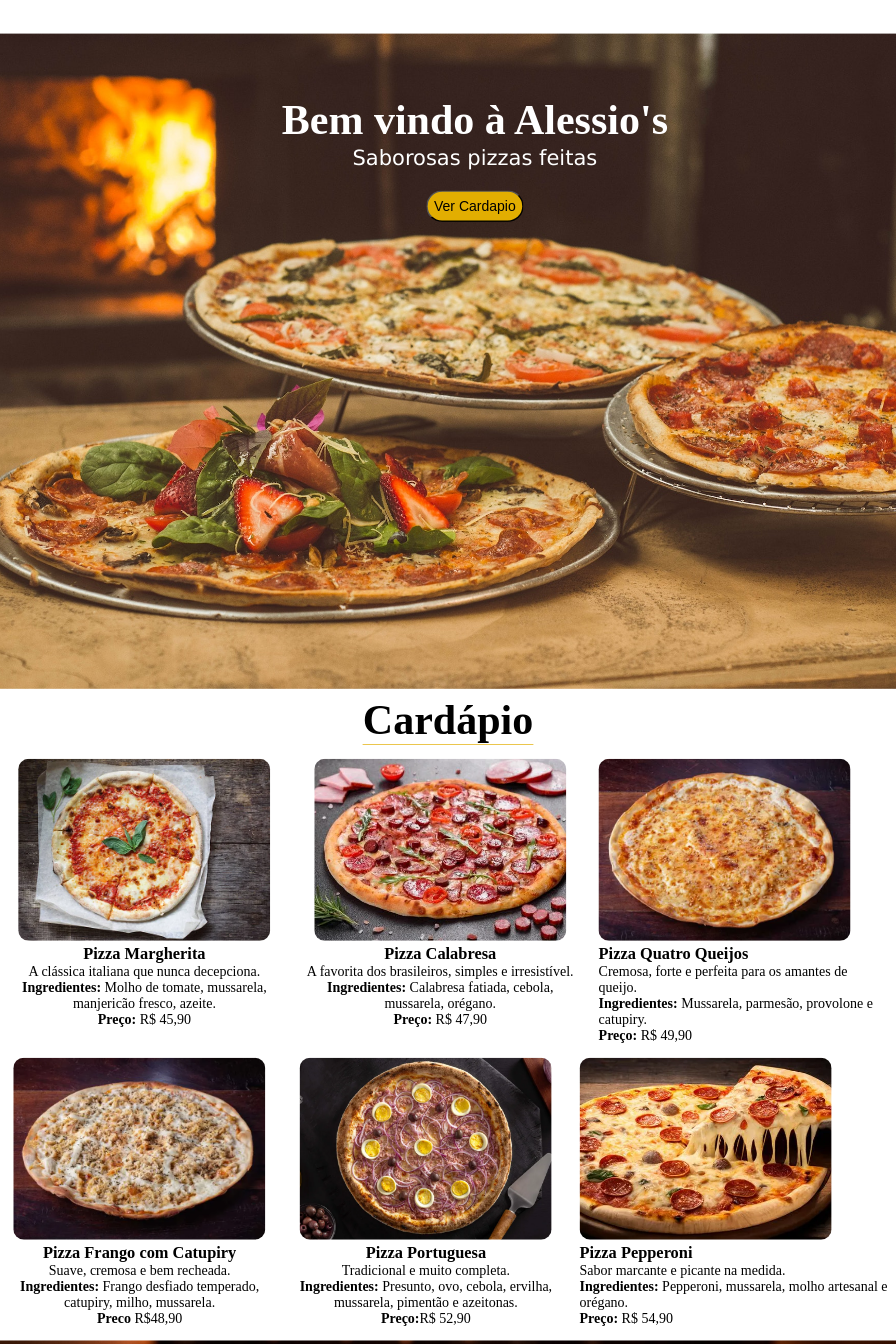
Repository: Mateushlp/landing-page-pizza
Page: index.html
An editor plug-in stored every save of this project. The page is shown before and after the next save, followed by the edit.
The browser window is 1280 px wide. The pictures show the part of the page from y = 0 to 1920 px (the page is 2760 px tall), at 70% of full size.

Above is the page before, as saved 2026-05-03 10:35:04.

### index.html
<!DOCTYPE html>
<html lang="en">
<head>
    <meta charset="UTF-8">
    <meta name="viewport" content="width=device-width, initial-scale=1.0">
    <link rel="stylesheet" href="style.css">
    <title>Document</title>
</head>
<body>
    <header>
        <nav>
            <ul>
                <li> <a href="http://"> Home</li></a>
                <li> <a href="http://">Cardapio</li></a>
                <li> <a href="http://">Sobre Nos</li></a>
                <li> <a href="http://">Contato</li></a>
            </ul>
        </nav>
    </header>

    <section class="inicio">
        <div class="texto">
        <h1>Bem vindo à Alessio's</h1>
        <p>Saborosas pizzas feitas </p>
        <button class="btn1">Ver Cardapio</button>
        </div>
    </section>

    <section class="cardapio">
        <h2 class="cardapio1">Cardápio</h2>
    </section>

    <div class="prato">
        <div class="pratos1">
            <img src="./img/margherita-pizza.jpg" alt="">
            <h3>Pizza Margherita</h3>
            <p> A clássica italiana que nunca decepciona. <br>
          <strong>Ingredientes:</strong>  Molho de tomate, mussarela, manjericão fresco, azeite. <br>
        <strong>Preço:</strong> R$ 45,90
    </p>
        </div>
            <div class="pratos2">
                <img src="./img/3140217-pizza-calabresa.jpg" alt="">
                <h3>Pizza Calabresa</h3>
                <p>A favorita dos brasileiros, simples e irresistível. <br>
                <strong>Ingredientes:</strong> Calabresa fatiada, cebola, mussarela, orégano. <br>
                    <strong>Preço:</strong> R$ 47,90
            </p>
            </div>
                <div class="pratos3">
                    <img src="./img/Quatro-Queijos.jpg" alt="">
                    <h3>Pizza Quatro Queijos</h3>
                    <p>Cremosa, forte e perfeita para os amantes de queijo. <br>
                    <strong>Ingredientes:</strong>  Mussarela, parmesão, provolone e catupiry. <br>
                        <strong>Preço: </strong>R$ 49,90
                </p>
                </div>
                </div>

                <div class="prato2">
                <div class="pratos1">
                    <img src="./img/Frango-com-Catupiry-2.jpg" alt="">
                    <h3>Pizza Frango com Catupiry</h3>
                    <p>Suave, cremosa e bem recheada. <br>
                   <strong>Ingredientes:</strong> Frango desfiado temperado, catupiry, milho, mussarela. <br>
                   <strong>Preco </strong> R$48,90
                </p>
                </div>
                <div class="pratos2">
                    <img src="./img/pizza-portuguesa.jpg" alt="">
                    <h3>Pizza Portuguesa</h3>
                    <p>Tradicional e muito completa. <br>
                   <strong>Ingredientes:</strong>  Presunto, ovo, cebola, ervilha, mussarela, pimentão e azeitonas. <br>
                    <strong>Preço:</strong>R$ 52,90
                </p>
                </div>
                <div class="pratos3">
                    <img src="./img/the-pepperoni-pizza-and-a-piece-of-streched-cheese-pizza-with-ai-generated-free-photo.jpg" alt="">
                    <h3>Pizza Pepperoni</h3>
                    <p>Sabor marcante e picante na medida. <br>
                  <strong>Ingredientes:</strong>   Pepperoni, mussarela, molho artesanal e orégano. <br>
                <strong>Preço:</strong> R$ 54,90</p>

                </div>
                </div>
                </div>




    <section class="sobre">
        <div class="sobre1">
        <h2>Sobre nos</h2>
        <p>Nossa pizzaria e dedicada a criar as melhores pizzas do mundo com ingrendientes frescos e receitas exclusivas</p>
    </div>
    </section>

<section id="contato" class="contato">
    <h2>Contato</h2>

    <div class="contato-info">
        <div class="box">
            <h3>Telefone</h3>
            <p>(35) 99744-0140</p>
        </div>

        <div class="box">
            <h3>Endereço</h3>
            <p>Rua Tal Tal, Nº 123 , Centro , Lavras/MG</p>
        </div>

        <div class="box">
            <h3>Email</h3>
            <p>mateus@gmail.com</p>
        </div>
            <div class="box">
                <h3>Hórario de Funcionamento</h3>
                <p>Segunda a Sábado 11h00 às 23h00 - Domingo: 16h00 às 23H00</p>
            </div>
    </div>
</section>
        <div class="pedir">
        <button class="btn2">Peca Agora Mesmo!</button>
        </div>


    <footer>
        <h2>&copy; 2025 Alessio's Pizzaria</h2>
    </footer>

</body>
</html>

### style.css
*{
    margin:0;
    padding: 0;
    box-sizing: border-box;
}

nav ul {
    display: flex;
    gap: 25px;
    list-style: none;
    justify-content: center;
    font-size: 25px;
    padding: 10px;
    background: linear-gradient(rgba(58, 56, 56, 0.774));
}

nav ul a{
    text-decoration: none;
    color: #fff;
    margin-top: 10px;
}

nav ul a:hover{
    border-radius: 20px;
    background-color: black;
    color: #af8600;
}

.inicio{
    background-image: url(./img/background-meio.jpg);
    background: linear-gradient 40px (rgba(58, 56, 56, 0.774));
    background-size: cover;
    background-position: center;
    height: 130vh;
}

.texto{
    display: flex;
    flex-direction: column;
    align-items: center;
    color: #fff;
    padding-top: 7%;
    padding-left: 6%;
    font-size: 40px;
}
.texto p{
    font-family: 'Lucida Sans', 'Lucida Sans Regular', 'Lucida Grande', 'Lucida Sans Unicode', Geneva, Verdana, sans-serif;
    font-size: 30px;

}
.btn1{
 background-color: #e2ae01;
 border-radius: 30px;
 font-size: 20px;
 margin-top: 30px;
 padding: 9px;
 cursor:pointer;
}
.cardapio{
    text-align: center;
    padding: 10px;
    font-size: 40px;
}
.cardapio1{
    display: inline-block;
    border-bottom: 1px solid #e2ae01;
}
.prato{
    margin: 10px;
    display: flex;
    gap: 30px;
    font-size: 20px;
    margin-bottom: 20px;
}

.prato2{
    margin: 10px;
    display: flex;
    gap: 30px;
    font-size: 20px;
    margin-bottom: 20px;
}


.prato img,
.prato2 img {
    width: 50vh;
    height: 260px;
    object-fit: cover;
    border-radius: 15px;
}
.pratos1,
.pratos2 {
    width: 35%;
    text-align: center;
}

.sobre{
    background-image: url(./img/background.jpg);
    background-size: cover;
    background-position: center;
    height: 50vh;
}
.sobre1{
    display: flex;
    align-items: center;
    padding-top: 40px;
    font-size: 30px;
    flex-direction: column;
    color: #fff;
}
.sobre1 p{
    font-size: 20px;
}

.contato {
    padding: 50px 0;
    text-align: center;
}

.contato-info {
    display: flex;
    justify-content: center;
    gap: 60px;
    margin-top: 20px;
    flex-wrap: wrap;
}

.contato-info .box {

    padding: 20px 30px;
    border-radius: 15px;

}

.contato-info h3 {
    font-size: 24px;
    color: #af8600;
}

.contato-info p {
    font-size: 18px;
    color: #000;
}

.pedir{
    display: flex;
    justify-content: center;
    align-items: center;
    text-align: center;
}
.btn2{
     background-color: #e2ae01;
 border-radius: 30px;
 font-size: 20px;
 margin-bottom: 20px;
 padding: 9px;
 cursor:pointer;

}
footer{
  background-color: rgba(58, 56, 56, 0.774);
  text-align: center;
  color: #e2ae01;
  padding: 10px;
  font-size: 10px;
}

After the next save:
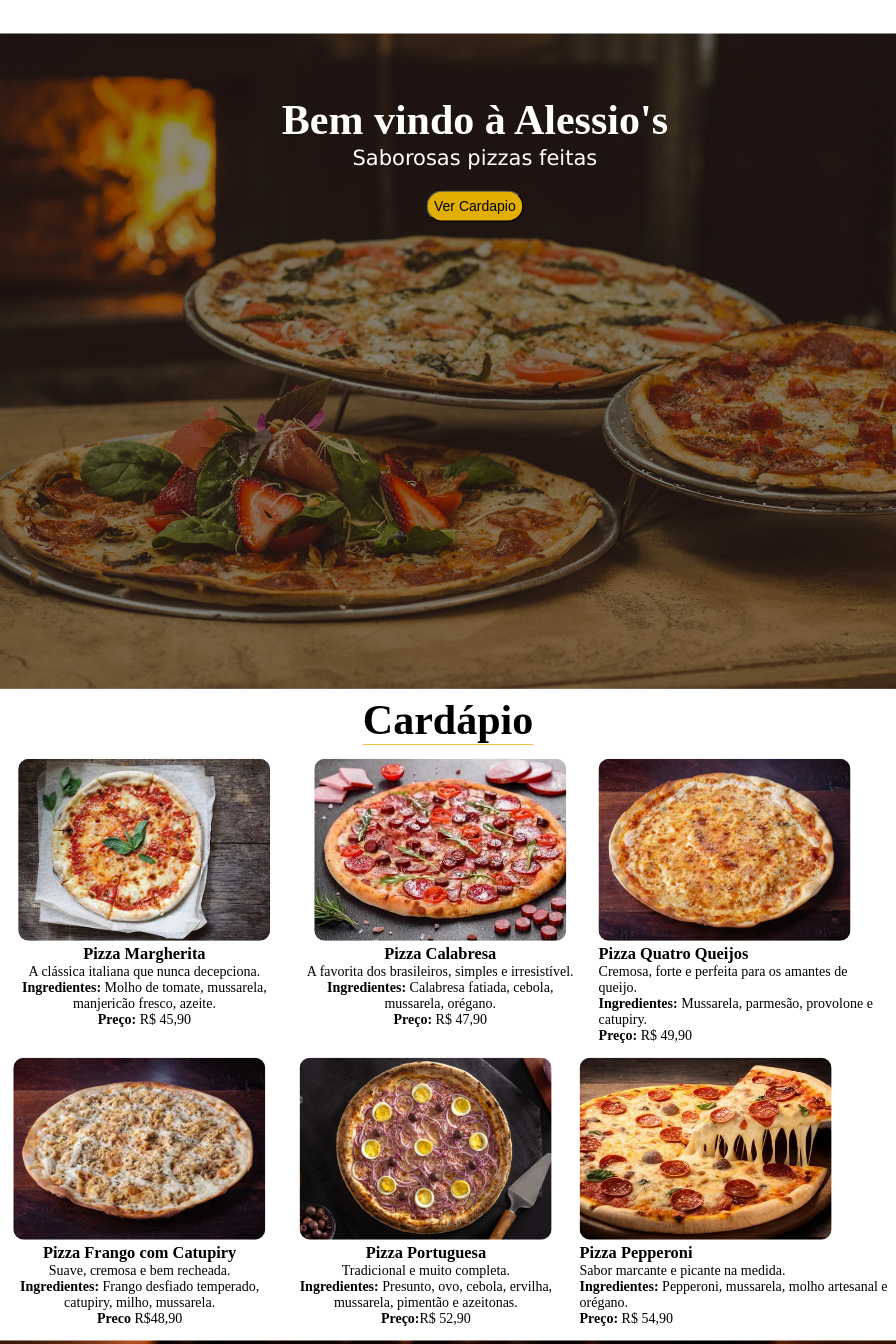
Saved 94 s later.
--- a/style.css
+++ b/style.css
@@ -27,8 +27,9 @@ nav ul a:hover{
 }
 
 .inicio{
-    background-image: url(./img/background-meio.jpg);
-    background: linear-gradient 40px (rgba(58, 56, 56, 0.774));
+   background:
+    linear-gradient(rgba(0, 0, 0, 0.45), rgba(0,0,0,0.45)),
+    url(./img/background-meio.jpg);
     background-size: cover;
     background-position: center;
     height: 130vh;
